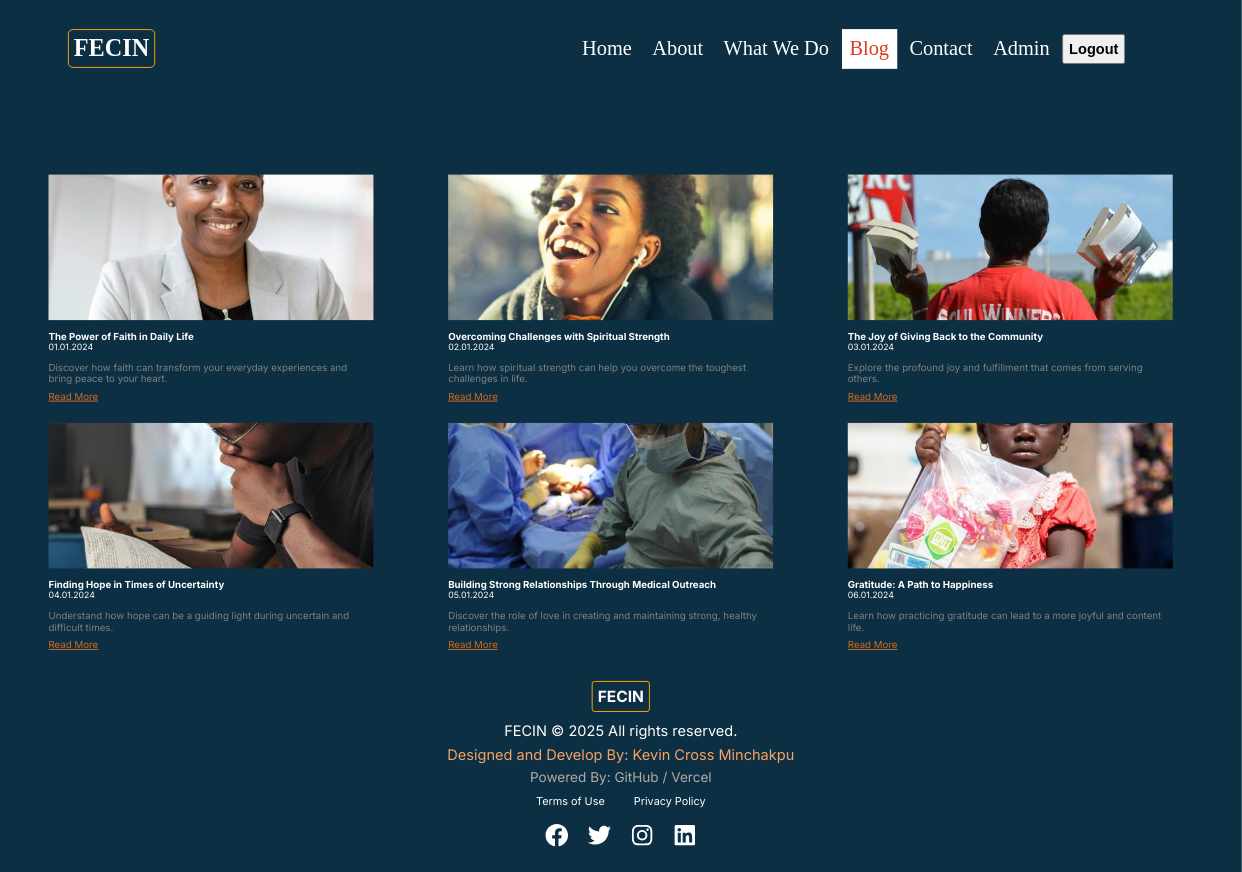
Repository: KCMinchakpu/fecin-projectgs497
Page: /blog
The author's editor kept a copy of each file at every save. The page is drawn from the files as they stood at one save, then again after the next save.
The browser window is 1280 px wide. The pictures show the whole page, at 97% of full size.
The project was rebuilt for these pictures with package versions that can differ from the ones it lists, and the page was loaded fresh each time. The framework's server and built-in components were replaced by stand-ins that run in the browser. Also part of the build but not shown: next.config.mjs.

Above is the page before, as saved 2025-04-02 19:27:58.

After the next save:
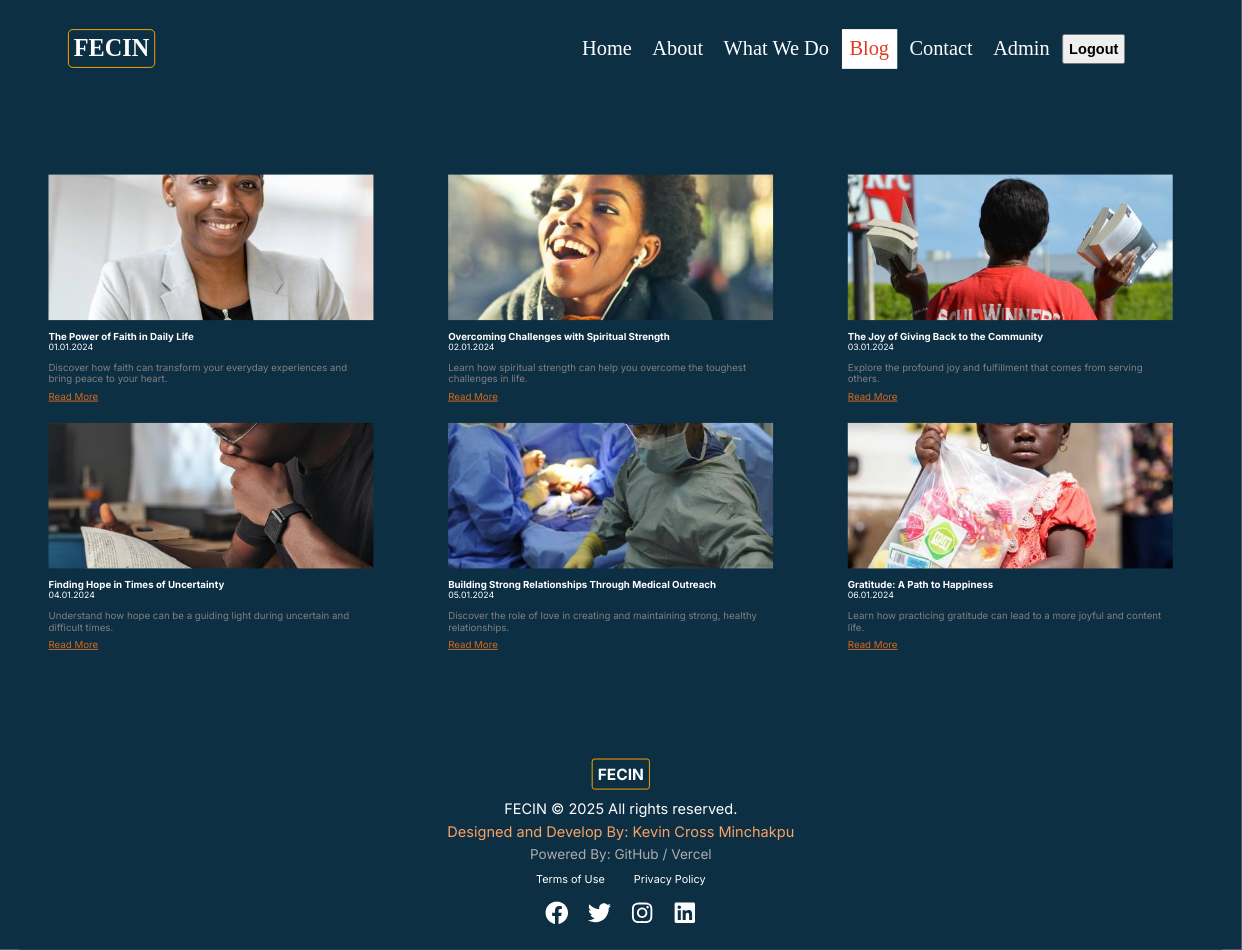
Saved 32 s later.
--- a/src/app/blog/blog.module.css
+++ b/src/app/blog/blog.module.css
@@ -3,6 +3,7 @@
     flex-wrap: wrap;
     gap: 10px;
     margin-top: 80px;
+    margin-bottom: 80px;
 }
 
 .post {
